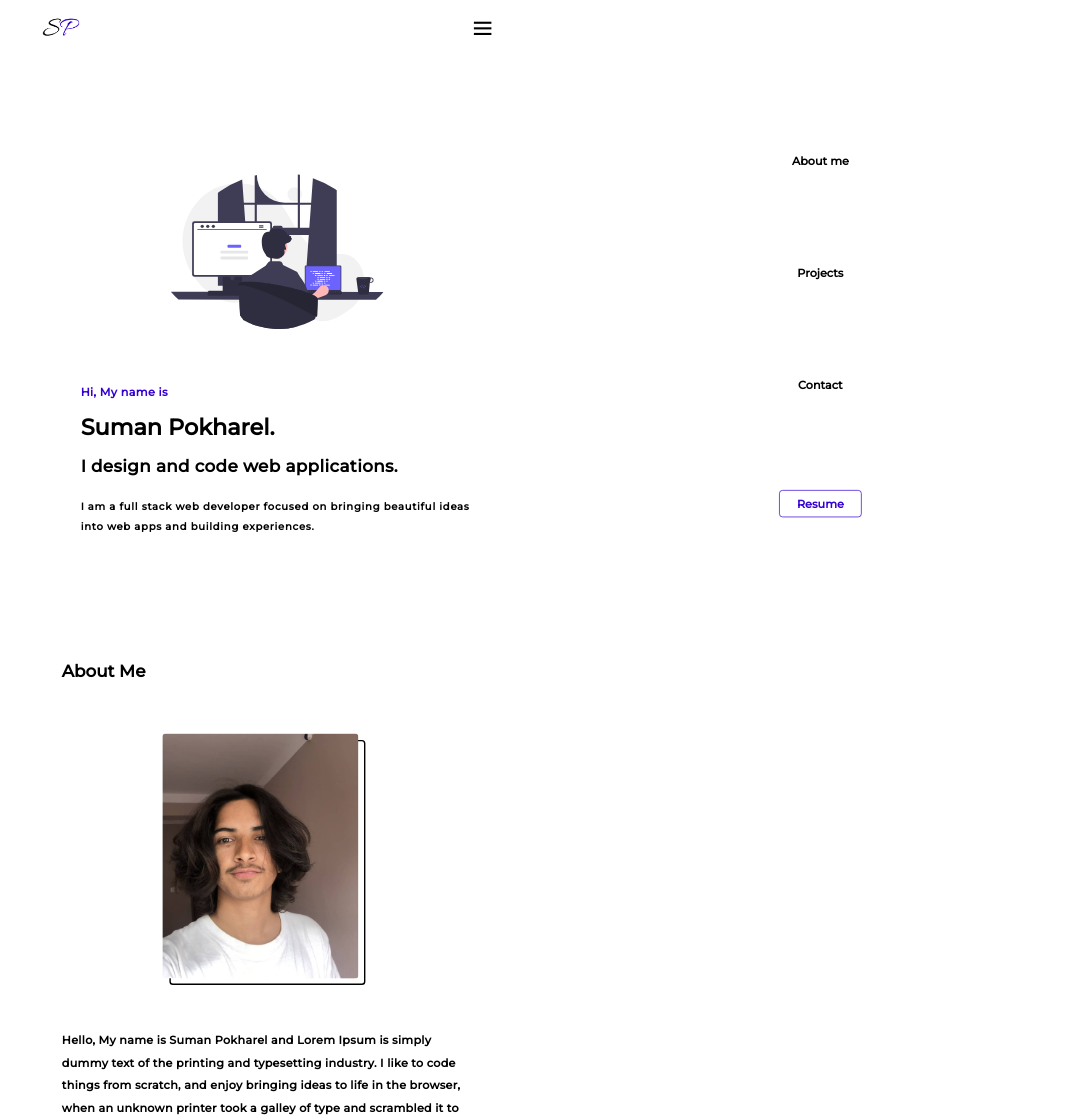
Repository: iamsumanp/portfolio
Page: /
An editor plug-in stored every save of this project. The page is shown before and after the next save, followed by the edit.
The browser window is 768 px wide. The page is 1536 px wide, so the pictures cover 1536 px, including what lies to the right of the window. The pictures show the part of the page from y = 0 to 1600 px (the page is 5979 px tall), at 70% of full size.
The project was rebuilt for these pictures with package versions that can differ from the ones it lists, and the page was loaded fresh each time.

Above is the page before, as saved 2022-07-06 17:06:27.

### public/index.html
<!DOCTYPE html>
<html lang="en">
  <head>
    <meta charset="utf-8" />
    <link rel="icon" href="%PUBLIC_URL%/favicon.ico" />
    <meta name="viewport" content="width=device-width, initial-scale=1" />
    <meta name="theme-color" content="#000000" />
    <meta
      name="description"
      content="Web site created using create-react-app"
    />
    <link rel="apple-touch-icon" href="%PUBLIC_URL%/logo192.png" />

    <link rel="manifest" href="%PUBLIC_URL%/manifest.json" />
    <link rel="preconnect" href="https://fonts.googleapis.com" />
    <link rel="preconnect" href="https://fonts.gstatic.com" crossorigin />
    <link
      href="https://fonts.googleapis.com/css2?family=Montserrat:wght@500&display=swap"
      rel="stylesheet"
    />
    <title>iamsumanp</title>
  </head>
  <body>
    <div id="root"></div>
  </body>
</html>

### src/App.tsx
import "./App.css";
import { BrowserRouter as Router } from "react-router-dom";
import { NavBar } from "./Components/NavBar";
import "./styles/styles.css";
import { Hero } from "./Components/Hero";
import { AboutMe } from "./Components/AboutMe";
import { Projects } from "./Components/Projects";
import { Contact } from "./Components/Contact";
import { Footer } from "./Components/Footer";

function App() {
  return (
    <Router>
      <NavBar />
      <Hero />
      <AboutMe />
      <Projects />
      <Contact />
      <hr />
      <Footer />
    </Router>
  );
}

export default App;

### src/Components/NavBar.tsx
import React, { useState } from "react";
import { HashLink } from "react-router-hash-link";
const myLogo = require("../assets/logo.png");
export const NavBar = () => {
  const [active, setActive] = useState(false);

  const burgerClick = () => {
    setActive(!active);
  };

  return (
    <nav className="navBar">
      <HashLink to="#heroSection" className="linkHash" smooth>
        <img
          src={myLogo}
          alt="SP"
          className="logoImg"
          onClick={active ? burgerClick : undefined}
        />
      </HashLink>

      <ul className={active ? "navUl nav-active" : "navUl"}>
        <li className="navLinks" onClick={active ? burgerClick : undefined}>
          <HashLink to="#aboutMe" className="linkHash" smooth>
            About me
          </HashLink>
        </li>
        <li className="navLinks" onClick={active ? burgerClick : undefined}>
          <HashLink to="#projectSection" className="linkHash" smooth>
            Projects
          </HashLink>
        </li>
        <li className="navLinks" onClick={active ? burgerClick : undefined}>
          <HashLink to="#contact" className="linkHash" smooth>
            Contact
          </HashLink>
        </li>
        <li className="navLinks resume">Resume</li>
      </ul>
      <div className="burgerMenu" onClick={() => burgerClick()}>
        <div className={active ? "line1 toggle" : "line1"}></div>
        <div className={active ? "line2 toggle2" : "line2"}></div>
        <div className={active ? "line3 toggle3" : "line3"}></div>
      </div>
    </nav>
  );
};

### src/styles/styles.css
:root {
  --main-purple: #3500d3;
}

* {
  box-sizing: border-box;
  font-family: "Montserrat", sans-serif;
}

body {
  margin: 0;
  padding: 0;
}
@media (max-width: 900px) {
  body {
    overflow-x: hidden;
  }
}

.navBar {
  display: flex;
  flex-direction: row;
  justify-content: space-between;
  align-items: center;
  min-height: 5rem;
  font-weight: bolder;
  overflow-x: hidden;
  padding: 0.2% 8%;
}
@media (max-width: 1100px) {
  .navBar {
    margin-bottom: 5rem;
  }
}
.navBar .logoImg {
  height: 25px;
}
.navBar .navUl {
  list-style: none;
  display: flex;
  flex-direction: row;
}
@media (max-width: 900px) {
  .navBar .navUl {
    position: absolute;
    right: 0;
    top: 8vh;
    height: 100vh;
    background-color: rgb(255, 255, 255);
    flex-direction: column;
    width: 100%;
    justify-content: space-evenly;
    transform: translateX(100%);
    transition: transform 0.4s ease-in;
  }
}
.navBar .nav-active {
  transform: translateX(0%);
}
.navBar .burgerMenu {
  display: none;
}
@media (max-width: 900px) {
  .navBar .burgerMenu {
    display: block;
    cursor: pointer;
  }
}
.navBar .burgerMenu .toggle {
  transform: rotate(-45deg) translate(-5px, 6px);
}
.navBar .burgerMenu .toggle2 {
  opacity: 0;
}
.navBar .burgerMenu .toggle3 {
  transform: rotate(45deg) translate(-5px, -6px);
}
.navBar .burgerMenu div {
  width: 25px;
  height: 3px;
  background-color: black;
  transition: transform 0.4s ease;
  margin: 5px;
}
.navBar .navLinks {
  padding: 0 40px;
  cursor: pointer;
  align-self: center;
  text-decoration: none;
}
.navBar .navLinks.resume {
  border: solid 1px var(--main-purple);
  color: var(--main-purple);
  padding: 9px 25px;
  border-radius: 5px;
}
.navBar .navLinks .linkHash {
  text-decoration: none;
  color: black;
}

.heroSection {
  overflow-x: hidden;
  height: 90vh;
  width: 80%;
  display: flex;
  flex-direction: row;
  align-items: center;
  margin: auto;
  padding: 0 2% 0 5%;
}
@media (max-width: 1100px) {
  .heroSection {
    flex-direction: column-reverse;
    justify-content: center;
    align-items: center;
  }
}
.heroSection .content {
  display: flex;
  flex-direction: column;
}
@media (max-width: 1100px) {
  .heroSection .content {
    margin-top: 5rem;
  }
}
.heroSection .content .h4text {
  color: var(--main-purple);
}
.heroSection .content .h1text {
  margin-top: 0;
  font-size: 2.5rem;
}
@media (max-width: 800px) {
  .heroSection .content .h1text {
    font-size: 2rem;
  }
}
.heroSection .content .h4text,
.heroSection .content .h2text {
  letter-spacing: 0.5px;
  margin-top: 0;
}
.heroSection .content .h2text {
  font-size: 1.8rem;
}
@media (max-width: 800px) {
  .heroSection .content .h2text {
    font-size: 1.5rem;
  }
}
.heroSection .content .h5text {
  width: 55%;
  line-height: 2;
  letter-spacing: 1px;
  margin-top: 10px;
  font-size: 0.9rem;
}
@media (max-width: 800px) {
  .heroSection .content .h5text {
    width: 100%;
  }
}
.heroSection .svgImgg {
  margin-left: auto;
  width: 22rem;
}
@media (max-width: 1100px) {
  .heroSection .svgImgg {
    margin-left: 0;
  }
}
@media (max-width: 800px) {
  .heroSection .svgImgg {
    width: 19rem;
  }
}

.aboutMeSection {
  width: 80%;
  margin: auto;
  display: flex;
  flex-direction: column;
  justify-content: center;
  padding: 7% 2% 10% 5%;
}
@media (max-width: 1100px) {
  .aboutMeSection {
    padding: 7rem 2% 10% 1.5%;
  }
}
.aboutMeSection .contentAndImage {
  display: flex;
  flex-direction: row;
}
@media (max-width: 1100px) {
  .aboutMeSection .contentAndImage {
    flex-direction: column-reverse;
    margin-top: 2rem;
  }
}
.aboutMeSection .h2textabout {
  margin-top: -3rem;
}
.aboutMeSection .aboutMeContent {
  display: flex;
  flex-direction: column;
  width: 60%;
}
@media (max-width: 1100px) {
  .aboutMeSection .aboutMeContent {
    width: 100%;
  }
}
.aboutMeSection .imgContainer {
  margin-left: auto;
  margin-top: 2rem;
  position: relative;
  height: 350px;
  width: 280px;
  border: solid 2px black;
  border-radius: 5px;
}
@media (max-width: 1100px) {
  .aboutMeSection .imgContainer {
    margin-left: 0;
    align-self: center;
    margin-bottom: 2rem;
  }
}
.aboutMeSection .imgContainer .imgProfile {
  height: 350px;
  position: absolute;
  right: 8px;
  top: -11px;
  border-radius: 5px;
}
.aboutMeSection .spanText {
  font-weight: bold;
  margin-top: 2rem;
  line-height: 2;
  letter-spacing: 0.4px;
}
.aboutMeSection .spanText.tech {
  margin-top: 5rem;
}
.aboutMeSection .backEndFrontEndContainer {
  display: flex;
  flex-direction: row;
  margin-top: 4rem;
  justify-content: space-between;
}
@media (max-width: 1100px) {
  .aboutMeSection .backEndFrontEndContainer {
    flex-direction: column;
  }
}
.aboutMeSection .backEndFrontEndContainer .frontEndBox {
  box-shadow: 0 4px 8px 0 rgba(0, 0, 0, 0.2), 0 6px 20px 0 rgba(0, 0, 0, 0.19);
  padding: 2rem 2.5rem;
  display: flex;
  flex-direction: column;
  border-radius: 5px;
}
@media (max-width: 1100px) {
  .aboutMeSection .backEndFrontEndContainer .frontEndBox {
    padding: 1rem;
    margin-bottom: 3rem;
  }
}
.aboutMeSection .backEndFrontEndContainer .frontEndBox .spanTitle {
  align-self: center;
  text-transform: uppercase;
  font-weight: bold;
}

.frontEndTools,
.backEndBox {
  display: flex;
  flex-direction: row;
  margin-top: 1rem;
}
.frontEndTools .fnTools2,
.backEndBox .fnTools2 {
  margin-left: 3rem;
}
@media (max-width: 900px) {
  .frontEndTools .fnTools2,
.backEndBox .fnTools2 {
    margin-left: 0.1rem;
  }
}
.frontEndTools .fnTool,
.backEndBox .fnTool {
  display: flex;
  align-items: center;
  margin: 1.5rem 0.5rem;
}
.frontEndTools .fnTool .triangleRight,
.backEndBox .fnTool .triangleRight {
  color: var(--main-purple);
}

.techName {
  margin-left: 0.8rem;
  text-transform: uppercase;
  font-size: 15px;
}
@media (max-width: 900px) {
  .techName {
    font-size: 11px;
    margin-left: 0.2rem;
  }
}

.projectsSection {
  width: 80%;
  margin: auto;
  padding: 5% 2% 0 5%;
  display: flex;
  flex-direction: column;
}
@media (max-width: 1100px) {
  .projectsSection {
    padding: 7rem 2% 10% 1.5%;
  }
}
.projectsSection .Project1Container {
  display: flex;
  flex-direction: column;
}
.projectsSection .nameLabelLine {
  margin: 2rem 0;
  display: flex;
  flex-direction: row;
  align-items: center;
}
.projectsSection .nameLabelLine .vl {
  border-bottom: 1px solid gray;
  margin-top: 5px;
  height: inherit;
  width: 35%;
}
@media (max-width: 1100px) {
  .projectsSection .nameLabelLine .vl {
    width: 50%;
  }
}
.projectsSection .h2textabout {
  margin-top: -3rem;
}
.projectsSection .projectContentAndImage {
  display: flex;
  flex-direction: row;
  justify-content: space-between;
}
@media (max-width: 1100px) {
  .projectsSection .projectContentAndImage {
    flex-direction: column-reverse;
  }
}
.projectsSection .projectContentAndImage .hirestationImg {
  height: 15rem;
  border-radius: 5px;
  margin-left: auto;
}
@media (max-width: 1100px) {
  .projectsSection .projectContentAndImage .hirestationImg {
    margin-left: 0;
    align-self: center;
    margin: 2rem 0 4rem 0;
  }
}
@media (max-width: 800px) {
  .projectsSection .projectContentAndImage .hirestationImg {
    height: 10rem;
  }
}
.projectsSection .linksContainer {
  display: flex;
  align-items: center;
  margin: 2rem 0;
}

.projContent {
  width: 50%;
  line-height: 1.5;
  letter-spacing: 0.5px;
}
@media (max-width: 1100px) {
  .projContent {
    width: 100%;
  }
}

.projectLabel {
  font-weight: bold;
  margin-right: 1rem;
}

.Project2Container {
  display: flex;
  flex-direction: column;
  margin-top: 5rem;
  margin-bottom: 7.5rem;
}
.Project2Container .nameLabelLine2 {
  margin: 2rem 0;
  display: flex;
  flex-direction: row;
  justify-content: end;
}
.Project2Container .nameLabelLine2 .vl {
  border-bottom: 1px solid gray;
  margin-bottom: 5px;
  width: 35%;
  margin-right: 1rem;
}
@media (max-width: 1100px) {
  .Project2Container .nameLabelLine2 .vl {
    width: 50%;
  }
}
@media (max-width: 800px) {
  .Project2Container .nameLabelLine2 .vl {
    width: 40%;
  }
}

.projectContentAndImage1 {
  display: flex;
  flex-direction: row;
  justify-content: space-between;
}
@media (max-width: 1100px) {
  .projectContentAndImage1 {
    flex-direction: column;
  }
}
.projectContentAndImage1 .baathcheethImg {
  height: 15rem;
  border-radius: 5px;
  margin-right: auto;
}
@media (max-width: 1100px) {
  .projectContentAndImage1 .baathcheethImg {
    margin-right: 0;
    align-self: center;
    margin: 2rem 0 4rem 0;
  }
}
@media (max-width: 800px) {
  .projectContentAndImage1 .baathcheethImg {
    height: 10rem;
  }
}

.ContactSection {
  width: 80%;
  margin: auto;
  padding: 5% 2% 10% 5%;
  display: flex;
  flex-direction: column;
}
@media (max-width: 1100px) {
  .ContactSection {
    padding: 5rem 2% 10% 1.5%;
  }
}
.ContactSection .formContainer {
  margin-top: 2rem;
}
.ContactSection .nameAndEmailSection {
  display: flex;
  flex-direction: row;
  justify-content: space-between;
}
@media (max-width: 900px) {
  .ContactSection .nameAndEmailSection {
    flex-direction: column;
    width: 100%;
  }
}
.ContactSection .nameAndEmailSection .nameContainer {
  display: flex;
  flex-direction: column;
  width: 90%;
}
@media (max-width: 900px) {
  .ContactSection .nameAndEmailSection .nameContainer {
    width: 100%;
  }
}
.ContactSection .nameAndEmailSection .emailContainer {
  display: flex;
  flex-direction: column;
  width: 90%;
  margin-left: 5rem;
}
@media (max-width: 900px) {
  .ContactSection .nameAndEmailSection .emailContainer {
    margin-left: 0;
    margin-top: 3rem;
    width: 100%;
  }
}
.ContactSection .nameAndEmailSection .inputForm {
  box-shadow: 0 4px 8px 0 rgba(0, 0, 0, 0.2), 0 6px 20px 0 rgba(0, 0, 0, 0.19);
  padding: 0.6rem 0.4rem;
  width: 100%;
  border-width: 1px;
  outline: none;
}
.ContactSection .label {
  margin-bottom: 2rem;
  font-weight: bold;
}
.ContactSection .MessageContainer {
  display: flex;
  flex-direction: column;
  margin-top: 4rem;
}
.ContactSection .MessageContainer #messageArea {
  width: 46.5%;
  box-shadow: 0 4px 8px 0 rgba(0, 0, 0, 0.2), 0 6px 20px 0 rgba(0, 0, 0, 0.19);
  height: 7rem;
  resize: none;
  outline: none;
  padding: 0.5rem 0.4rem;
}
@media (max-width: 900px) {
  .ContactSection .MessageContainer #messageArea {
    width: 100%;
  }
}
.ContactSection .submitBtn {
  background-color: #7a4eff;
  border: none;
  color: aliceblue;
  padding: 0.8rem;
  margin-top: 4rem;
  width: 10rem;
  border-radius: 3px;
  cursor: pointer;
}
@media (max-width: 900px) {
  .ContactSection .submitBtn {
    width: 100%;
  }
}

.footerSection {
  width: 80%;
  margin: auto;
  padding: 3% 2% 4% 1.5%;
}
.footerSection .footerContainer {
  display: flex;
  flex-direction: column;
}
@media (max-width: 900px) {
  .footerSection .footerContainer {
    align-items: center;
  }
}
.footerSection .socialMediaAndQuote {
  display: flex;
  justify-content: space-between;
  align-items: center;
  margin-bottom: 1rem;
}
@media (max-width: 900px) {
  .footerSection .socialMediaAndQuote {
    flex-direction: column;
  }
}
.footerSection .socialMediaAndQuote .icons {
  margin-left: 1rem;
}
@media (max-width: 900px) {
  .footerSection .socialMediaAndQuote .socialMedia {
    margin: 2rem 0;
  }
}

@media (max-width: 800px) {
  .spSpan {
    text-align: center;
  }
}/*# sourceMappingURL=styles_20220706170627.css.map */

### src/Components/Hero.tsx
import SvgImg from "./IconComponent/SvgImg";

export const Hero = () => {
  return (
    <div className="heroSection" id="heroSection">
      <div className="content">
        <h4 className="h4text">Hi, My name is</h4>
        <h1 className="h1text">Suman Pokharel.</h1>
        <h2 className="h2text">I design and code web applications.</h2>
        <h5 className="h5text">
          I am a full stack web developer focused on bringing beautiful ideas
          into web apps and building experiences.
        </h5>
      </div>
      {/* <div className="svgImgg"> */}
      <SvgImg height={221} className="svgImgg" />
      {/* </div> */}
    </div>
  );
};

### src/Components/AboutMe.tsx
import React from "react";
import { VscTriangleRight } from "react-icons/vsc";
const mePhoto = require("../assets/mePhoto.jpg");

export const AboutMe = () => {
  return (
    <div className="aboutMeSection" id="aboutMe">
      <h2 className="h2textabout">About Me</h2>
      <div className="contentAndImage">
        <div className="aboutMeContent">
          <span className="spanText">
            Hello, My name is Suman Pokharel and Lorem Ipsum is simply dummy
            text of the printing and typesetting industry. I like to code things
            from scratch, and enjoy bringing ideas to life in the browser, when
            an unknown printer took a galley of type and scrambled it to make a
            type specimen book.I value simple content structure, clean design
            patterns, and thoughtful interactions.
          </span>
        </div>
        <div className="imgContainer">
          <img src={mePhoto} alt="profilePic" className="imgProfile" />
        </div>
      </div>
      <span className="spanText tech">
        Here are the technologies i am working with recently :
      </span>
      <div className="backEndFrontEndContainer">
        <div className="frontEndBox">
          <div className="spanTitle">Frontend</div>

          <div className="frontEndTools">
            <div className="fnTools1">
              <div className="fnTool">
                <VscTriangleRight className="triangleRight" />
                <span className="techName">React</span>
              </div>
              <div className="fnTool">
                <VscTriangleRight className="triangleRight" />
                <span className="techName">JavaScript</span>
              </div>
              <div className="fnTool">
                <VscTriangleRight className="triangleRight" />
                <span className="techName">HTML</span>
              </div>
              <div className="fnTool">
                <VscTriangleRight className="triangleRight" />
                <span className="techName">Git</span>
              </div>
              <div className="fnTool">
                <VscTriangleRight className="triangleRight" />
                <span className="techName">PHP</span>
              </div>
            </div>
            <div className="fnTools2">
              <div className="fnTool">
                <VscTriangleRight className="triangleRight" />
                <span className="techName">FIGMA</span>
              </div>
              <div className="fnTool">
                <VscTriangleRight className="triangleRight" />
                <span className="techName">TypeScript</span>
              </div>
              <div className="fnTool">
                <VscTriangleRight className="triangleRight" />
                <span className="techName">CSS</span>
              </div>
              <div className="fnTool">
                <VscTriangleRight className="triangleRight" />
                <span className="techName">BootStrap</span>
              </div>
            </div>
          </div>
        </div>
        <div className="frontEndBox">
          <div className="spanTitle">Backend</div>

          <div className="frontEndTools">
            <div className="fnTools1">
              <div className="fnTool">
                <VscTriangleRight className="triangleRight" />
                <span className="techName">NODEJS</span>
              </div>
              <div className="fnTool">
                <VscTriangleRight className="triangleRight" />
                <span className="techName">ExpressJS</span>
              </div>
              <div className="fnTool">
                <VscTriangleRight className="triangleRight" />
                <span className="techName">MongoDB</span>
              </div>
            </div>
            <div className="fnTools2">
              <div className="fnTool">
                <VscTriangleRight className="triangleRight" />
                <span className="techName">FireBase</span>
              </div>
              <div className="fnTool">
                <VscTriangleRight className="triangleRight" />
                <span className="techName">mySql</span>
              </div>
            </div>
          </div>
        </div>
      </div>
    </div>
  );
};

### src/Components/Contact.tsx
import React, { useState } from "react";

export const Contact = () => {
  const [name, setName] = useState("");
  const [email, setEmail] = useState("");
  const [message, setMessage] = useState("");

  const submitHandler: React.FormEventHandler<HTMLFormElement> = (
    e: React.FormEvent<HTMLFormElement>
  ) => {
    e.preventDefault();

    setName("");
    setEmail("");
    setMessage("");
  };
  return (
    <div className="ContactSection" id="contact">
      <h2 className="h2textabout">Interested In working together?</h2>
      <form className="formContainer" onSubmit={submitHandler}>
        <div className="nameAndEmailSection">
          <div className="nameContainer">
            <label htmlFor="Name" className="label">
              Name :
            </label>
            <input
              type="text"
              value={name}
              className="inputForm"
              onChange={(e) => setName(e.target.value)}
            />
          </div>
          <div className="emailContainer">
            <label htmlFor="Email" className="label">
              Email :
            </label>
            <input
              type="email"
              value={email}
              className="inputForm"
              onChange={(e) => setEmail(e.target.value)}
            />
          </div>
        </div>
        <div className="MessageContainer">
          <label htmlFor="Message" className="label">
            Message(optional) :
          </label>
          <textarea
            name="message"
            id="messageArea"
            // cols=30
            // rows=10
            value={message}
            onChange={(e) => setMessage(e.target.value)}
          ></textarea>
        </div>
        <button className="submitBtn" type="submit">
          SUBMIT
        </button>
      </form>
    </div>
  );
};

### src/Components/Footer.tsx
import React from "react";
import { AiFillGithub, AiFillTwitterCircle } from "react-icons/ai";
import { BsLinkedin, BsFacebook } from "react-icons/bs";

export const Footer = () => {
  return (
    <div className="footerSection">
      <div className="footerContainer">
        <div className="socialMediaAndQuote">
          <span>Learning, Pushing, Rushing</span>
          <div className="socialMedia">
            <a
              href="https://www.linkedin.com/in/suman-pokharel-2a4b61206/"
              target="_blank"
              rel="noreferrer"
            >
              <BsLinkedin size={30} className="icons" fill="#2867B2" />
            </a>

            <a
              href="https://www.facebook.com/summan.pokharel/"
              target="_blank"
              rel="noreferrer"
            >
              <BsFacebook size={30} className="icons" fill="	#4267B2" />
            </a>
            <a
              href="https://github.com/iamsumanp"
              target="_blank"
              rel="noreferrer"
              style={{ color: "black" }}
            >
              <AiFillGithub size={34} className="icons" />
            </a>
            <a
              href="https://twitter.com/Itsmesuman2"
              target="_blank"
              rel="noreferrer"
            >
              <AiFillTwitterCircle size={35} className="icons" fill="#00acee" />
            </a>
          </div>
        </div>
        <span className="spSpan">Designed And Built By Suman Pokhrel</span>
      </div>
    </div>
  );
};

Loaded but not shown: src/index.tsx (common file); src/Components/IconComponent/SvgImg.tsx (791 lines, source omitted); src/Components/Projects.tsx (201 lines, source omitted); src/App.css (no stored copy; drawn as an empty file)

After the next save:
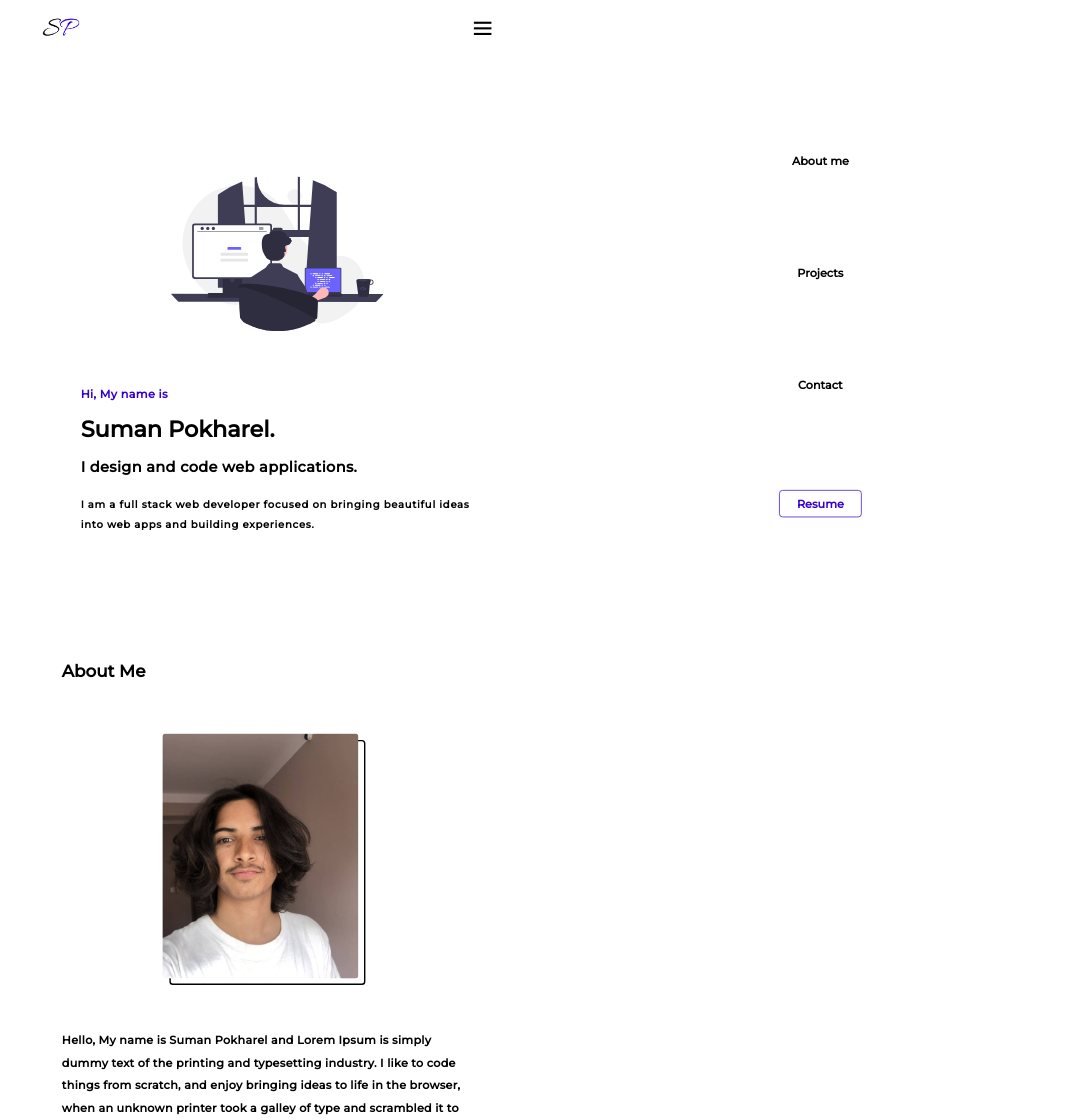
Saved 26 s later.
--- a/src/styles/styles.css
+++ b/src/styles/styles.css
@@ -147,7 +147,7 @@ body {
 }
 @media (max-width: 800px) {
   .heroSection .content .h2text {
-    font-size: 1.5rem;
+    font-size: 1.3rem;
   }
 }
 .heroSection .content .h5text {
@@ -588,4 +588,4 @@ body {
   .spSpan {
     text-align: center;
   }
-}/*# sourceMappingURL=styles_20220706170627.css.map */
+}/*# sourceMappingURL=styles_20220706170653.css.map */
